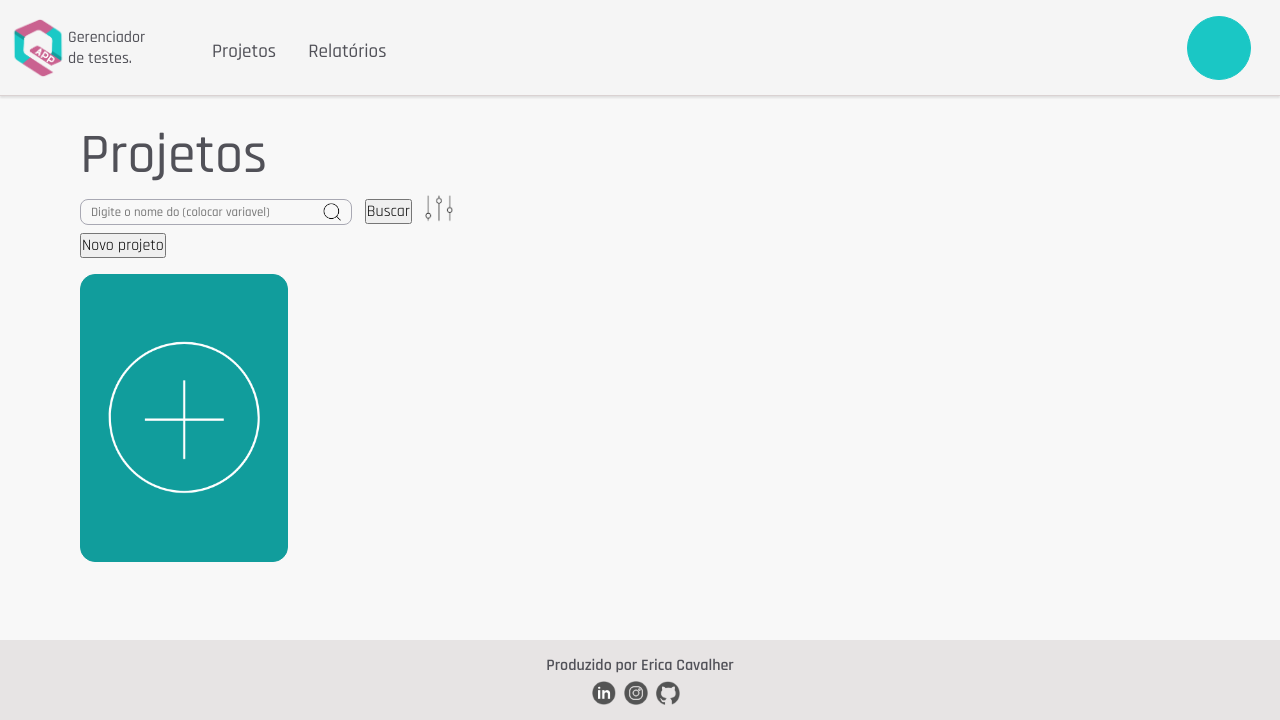
Repository: kika-cavalher/qapp-web
Page: /
The author's editor kept a copy of each file at every save. The page is drawn from the files as they stood at one save, then again after the next save.
The browser window is 1280 px wide. The pictures show the whole page.
The page's requests for data from a server got no answer. The project was rebuilt for these pictures with package versions that can differ from the ones it lists, and the page was loaded fresh each time. No one was signed in, and anything a server would have sent is missing. Also part of the build but not shown: src/styles/components/modals.scss, src/components/modals.tsx, src/hooks/useAuth.ts, src/styles/pages/signIn.scss, src/pages/auth/SignIn.tsx, src/styles/pages/signUp.scss, src/pages/auth/SignUp.tsx.

Above is the page before, as saved 2022-03-24 15:25:58.

### public/index.html
<!DOCTYPE html>
<html lang="pt-br">
  <head>
    <meta charset="utf-8" />
    <meta name="viewport" content="width=device-width, initial-scale=1" />

    <link rel="preconnect" href="https://fonts.googleapis.com">
    <link rel="preconnect" href="https://fonts.gstatic.com" crossorigin>
    <link href="https://fonts.googleapis.com/css2?family=Rajdhani:wght@300;400;500;600;700&display=swap" rel="stylesheet">

    <title>QApp</title>
  </head>
  <body>
    <noscript>You need to enable JavaScript to run this app.</noscript>
    <div id="root"></div>
  </body>
</html>

### src/index.tsx
import React from 'react';
import ReactDOM from 'react-dom';
import App from './App';

import './styles/global/styles.scss';
import './services/firebase'


ReactDOM.render(
  <React.StrictMode>
    <App />
  </React.StrictMode>,
  document.getElementById('root')
);

### src/App.tsx
import { AuthContextProvider } from './contexts/AuthContext'
import { BrowserRouter, Routes, Route } from "react-router-dom";

import { ProjectPage  } from "./pages/Project";
import { LoginPage } from "./pages/auth/SignIn";
import { RegisterPage } from "./pages/auth/SignUp";


function App() {
  return (
    <BrowserRouter>
      <AuthContextProvider>
        <Routes>
          <Route path="/" element={<ProjectPage  />} />
          <Route path="auth/sign-in" element={<LoginPage />} />
          <Route path="auth/sign-up" element={<RegisterPage  />} />
        </Routes>
      </AuthContextProvider>
    </BrowserRouter>
  );
}

export default App;

### src/styles/global/styles.scss
@import 'variables.scss';

* {
    box-sizing: border-box;
    margin: 0;
    padding: 0;
  }

  body {
    background: $white-offwhite;
    color: $dark-grey;
  }

  body, input, button, textarea {
    font: 400 16px 'Rajdhani', sans-serif;
  }

### src/services/firebase.ts
import firebase from 'firebase/compat/app';
import 'firebase/compat/auth';
import { getFirestore } from "firebase/firestore";


const firebaseConfig = {
  apiKey: process.env.REACT_APP_API_KEY,
  authDomain: process.env.REACT_APP_AUTH_DOMAIN,
  databaseURL: process.env.REACT_APP_DATABASE_URL,
  projectId: process.env.REACT_APP_PROJECT_ID,
  storageBucket: process.env.REACT_APP_STORAGE_BUCKET,
  messagingSenderId: process.env.REACT_APP_MESSAGING_SENDER_ID,
  appId: process.env.REACT_APP_APP_ID
};

firebase.initializeApp(firebaseConfig);

const auth = firebase.auth();
const database = getFirestore();

export { firebase, auth, database }

### src/contexts/AuthContext.tsx
import { createContext, ReactNode, useEffect, useState } from "react";
import { createUserWithEmailAndPassword, signInWithEmailAndPassword, getAuth } from "firebase/auth"
import firebase from "firebase/compat";


type User = {
  email: string;
  password: string;
}

type AuthContextProviderProps = {
  children?: ReactNode | undefined;
}

type AuthContextType = {
  user: User | undefined;
  signIn: (props: User) => Promise<void>;
  signUp: (props: User) => Promise<void>;
  // signInWithGoogle: () => Promise<void>;
}


export const AuthContext = createContext({} as AuthContextType);

export const AuthContextProvider = (props: AuthContextProviderProps) => {
  const [user, setUser] = useState<User>();
  const auth = getAuth();


  const signIn = async (props: User) => {
    signInWithEmailAndPassword(auth, props.email, props.password)
    .then((userCredential) => {
      if (!userCredential) {
        throw new Error('Missing information from Google Account.');
      }
      setUser({
        email: props.email,
        password: props.password
      })
    })
    .catch((error) => {
      console.log(error.code & error.message);
    })
  }


  const signUp = async (props: User) => {
    createUserWithEmailAndPassword(auth, props.email, props.password)
    .then((userCredential) => {
      console.log(userCredential.user);
    })
    .catch((error) => {
      console.log(error.code & error.message);
    })
  };

  // async function signInWithGoogle() {
  //   const provider = new firebase.auth.GoogleAuthProvider();
  //   const result = await auth.signInWithPopup(provider);
  //   .then((userCredential) => {
  //     if (!userCredential) {
  //       throw new Error('Missing information from Google Account.');
  //     }
  //     setUser({
  //       email: email,
  //       password: password
  //     })
  //   })
  //   .catch((error) => {
  //     console.log(error.code & error.message);
  //   })
  // }

  useEffect(() => {
    const unsubscribe = auth.onAuthStateChanged(user => {
      if (user) {
        const { email } = user

        if (!email) {
          throw new Error('Missing information from your Account.');
        }
        setUser({
          email: email,
          //erro , onde pega a senha?
          password: user.refreshToken
        })
      }
    })

    return () => {
      unsubscribe();
    }
  }, [])

  //useImperativeHandle?

  return (
    <AuthContext.Provider  value={{user, signIn, signUp}}>
      {props.children}
    </AuthContext.Provider>
  )

}

### src/pages/Project.tsx
import { useCallback, useRef } from "react";

import { TopMenu } from "../components/top-menu";
import { Search } from "../components/Search";
import { Footer } from "../components/Footer";
import Modals, { ModalHandles } from "../components/modals";
import { Button } from "../components/Button";

import iconAdd from '../assets/icon/add.png';
import '../styles/pages/project.scss'

export function ProjectPage () {
    const arrumarVariavel = "Projetos";
    const modalRef = useRef<ModalHandles>(null)

    const handleOpenModal = useCallback(() => {
        modalRef.current?.openModal();
    }, [])


    return (
        <div id="page-project">
            <TopMenu />
                <div className='page-project--main__container'>
                    <div className='page-project--container__title'>
                        <h1>{arrumarVariavel}</h1>
                    </div>
                <Search />
                <button onClick={handleOpenModal} className="btn-open-modal">
                    Novo projeto
                </button>
                <Modals ref={modalRef}/>
                    <div className='page-project--cards'>
                        <div className='page-project--cards__new'>
                            <div className='page-project--cards__new--icon'>
                                <input className='page-project--cards__new--img' type="image" src={iconAdd} alt="icone de orientação para adicionar novo projeto"/>
                            </div>
                        </div>
                    </div>
                </div>
            <Footer />
        </div>
    )
}

### src/styles/global/variables.scss
//colors
$white: #fff;
$white-offwhite: #f8f8f8;
$dark-offwhite: #f5f5f5;
$transparente: rgba(255, 255, 255, -0.1);

$light-grey: #e7e4e4;
$medium-grey: #c6c6c9;
$grey-with-transparency: rgba(0, 0, 0, 0.041);
$grey_border: #a8a8b3;
$dark-grey: #515158;

$turquoise: #1ac7c5;
$dark-greenish: #119d9c;

$dark-pink: #c86291;
$light-pink: #f8eaea;

$red_google: #ea4335;

// media queries
$monitor-width: 1300px;
@mixin monitor {
    @media (min-width: #{$monitor-width}) {
        @content;
    }
}

$notebook-width: 1300px;
$notebook-height: 700px;
@mixin notebook {
    @media (max-width: #{$notebook-width}) and (min-height: #{$notebook-height}){
        @content;
    }
}

$tablet-width: 850px;
@mixin tablet {
    @media (max-width: #{$tablet-width}){
        @content;
    }
}

$phone-width: 500px;
@mixin phone {
    @media (max-width: #{$phone-width}){
        @content;
    }
}

$screen-slim: 700px;
@mixin slim {
    @media (max-height: #{$screen-slim}) {
        @content;
    }
}

### src/components/top-menu.tsx
import { Link } from 'react-router-dom'

import '../styles/components/top-menu.scss'
import Logo from './Logo';

export function TopMenu () {

/*     const { user } = useAuth()
    const fullName = String(user?.name);
    const initials = fullName.normalize('NFD').replace(/[\u0300-\u036f]/g, "").split(" ");


    for (let i = 0; i < 2; i++) {
        initials[i] = initials[i][0]
    }
 */


    return (
        <div id="component--top-menu">
             <div className='component--top-menu__logo'>
                <Logo />
                <p>Gerenciador de testes.</p>
            </div>
            <div className='component--top-menu__pages'>
                <ul className='top-menu__list'>
                    <li className='top-menu__itens'>
                        <Link to='/' className='top-menu__pages--project'>Projetos
                        </Link>
                    </li>
                </ul>
                <ul className='top-menu__list'>
                    <li className='top-menu__itens'>
                        <Link to='/' className='top-menu__pages--reports'>Relatórios
                        </Link>
                    </li>
                </ul>
            </div>
            <div className='component--top-menu__user'>
                <div className='component--user__round'>
{/*                     <h1>{initials}</h1> */}
                </div>
            </div>
        </div>
    )
}

### src/components/Search.tsx
import { Button } from './Button';

import iconSearch from '../assets/icon/search.png';
import iconFilter from '../assets/icon/filter.png';
import '../styles/components/search.scss'


export function Search () {
    return (
        <div id="component--search">
            <div className='component--search__input'>
                <input type="text" placeholder="Digite o nome do (colocar variavel)"/>
                <div className='search__input--icon'>
                    <img id="icon-search" src={iconSearch} alt="icone de identificação visual do campo de busca" />
                </div>

            </div>
            <div className='btn__search'>
                <button type="submit">Buscar</button>
            </div>
            <div className='component--filters'>
                <img id="icon-filter" src={iconFilter} alt="icone de identificação visual das opções de filtragem" />
            </div>
        </div>
    )
}

### src/components/footer.tsx

import iconLinkedin from '../assets/icon/linkedin.png';
import iconInstagram from '../assets/icon/instagram.png';
import iconGithub from '../assets/icon/github.png';
import '../styles/components/footer.scss'

export function Footer () {
    return (
        <div id="component--footer">
            <p>Produzido por Erica Cavalher</p>
            <div className='footer--list__social-media'>
                <img id="icon-add--linkedin" src={iconLinkedin} alt="icone de orientação para adicionar novo projeto" />
                <img id="icon-add--instagram" src={iconInstagram} alt="icone de orientação para adicionar novo projeto" />
                <img id="icon-add--github" src={iconGithub} alt="icone de orientação para adicionar novo projeto" />
            </div>
        </div>
    )
}

### src/styles/pages/project.scss
@import '../global/variables.scss';

#page-project {
    display: flex;
    flex-direction: column;
    justify-content: space-between;
    height: 100%;
    z-index: 1;
}

.page-project--main__container {
    margin: 1.5rem 5rem;
}

.page-project--container__title {

    h1 {
        color: $dark-grey;
        font-size: 3.5rem;
        font-weight: 500;
    }
}

.page-project--cards {
    /* Colocar grid 3 card maximo por linha.  */

    .page-project--cards__new {
        background-color: $dark-greenish;
        width: 13rem;
        height: 18rem;
        border: 1px solid $dark-greenish;
        border-radius: 15px;
        color: $dark-grey;
        margin: 1rem 0 3rem 0;

        .page-project--cards__new--icon {
            display: flex;
            align-items: center;
            justify-content: center;
            height: 18rem;

            .page-project--cards__new--img{
                height: 10rem;
                width: 10rem;
            }
        }
    }

}

### src/components/Logo.tsx
import { useNavigate } from 'react-router-dom';
import logoQapp from '../assets/images/logoQapp.png';

export default function Logo() {

    const history = useNavigate();
    function navigateToHome(e: { preventDefault: () => void; }) {
        e.preventDefault();
        history('/');
    }


    return (
        <img onClick={navigateToHome} id="img-logo" src={logoQapp} alt="Logo da empresa QApp" />
    );
  }

### src/styles/components/top-menu.scss
@import '../global/variables.scss';

#component--top-menu {
    background: $dark-offwhite;
    border-bottom: 0.5px solid #DAD2D2;
    box-shadow: 0px 2px 2px rgba(0, 0, 0, 0.10);
    display: flex;
    flex-direction: row;
    height: 6rem;
    justify-content: space-between;
}

.component--top-menu__logo {
    align-items: center;
    display: flex;
    flex-direction: row;
    margin-left: 0.5rem;

    #img-logo {
        cursor: pointer;
        height: 60px;
        width: 60px;

        @include phone {
            width: 50px;
        }
    }

    p {
        font-size: 1rem;
        font-weight: 500;
        margin-right: 2rem;
        width: 5rem;
    }
}

.component--top-menu__pages {
    align-items: flex-end;
    display: flex;
    font-size: 1.2rem;
    width: 100%;
    height: 4rem;

    .top-menu__itens {
        list-style: none;
        margin-left: 2rem;

        a {
            color: $dark-grey;
            cursor: pointer;
            font-weight: 500;
            text-decoration: none;
        }

        &:hover {
            margin-bottom: 2px;
            border-bottom: 2px solid $turquoise
        }
    }
}

.component--top-menu__user {
    align-items: center;
    display: flex;
    justify-content: center;
    width: 10rem;

    .component--user__round {
        align-items: center;
        background: $turquoise;
		border: 1px solid $turquoise;
        border-radius: 50%;
        display: flex;
		height: 4rem;
        justify-content: center;
        text-transform: uppercase;
        width: 4rem;

        h1 {
            color: $white
        }
    }
}

### src/styles/components/search.scss
@import '../global/variables.scss';

#component--search {
    display: flex;
    align-items: center;
}

.component--search__input {
    display: flex;
    align-items: center;
    margin-right: 0.8rem;

    input {
        background: $transparente;
        border: 1px solid $grey_border;
        border-radius: 8px;
        color: $dark-grey;
        font-size: 0.8rem;
        font-weight: 500;
        height: 1.6rem;
        margin: 0.5rem 0;
        outline: none;
        padding: 0 10px;
        width: 17rem;
        z-index:2;
    }

    .search__input--icon {
        align-items: flex-end;
        display: flex;
        flex-direction: column;
        position: absolute;
        width: 16.3rem;
        z-index:1;

        img {
            height: 1.1rem;
            width: 1.1rem;
        }
    }
}

.component--filters {
    margin-left: 0.8rem;

    img {
        height: 1.8rem;
        width: 1.8rem;
    }
}

### src/styles/components/footer.scss
@import '../global/variables.scss';

#component--footer {
    align-items: center;
    background-color: $light-grey;
    bottom: 0;
    display: flex;
    flex-direction: column;
    height: 5rem;
    justify-content: center;
    position: fixed;
    text-align: center;
    width: 100vw;

    p{
        font-size: 1rem;
        font-weight: 600;
    }

    img {
        margin: 0.3rem 0.5rem 0 0;
        height: 1.5rem;
        width: 1.5rem;
    }

}

.footer--list__social-media {
    display: flex;
    flex-direction: row;
}

### src/components/Button.tsx
import {ButtonHTMLAttributes} from 'react'
import '../styles/components/button.scss'



type Button  = {
    type?: "button" | "submit" | "reset" | undefined,
    className?: string
    onClick?: () => void
}

export function Button (props:Button) {
    const { className, type, onClick } = props
    return (
        <button
        onClick={onClick}
        className={`${className}`}
        type={type}
        />
    )
}

### src/styles/components/button.scss
@import '../global/variables.scss';

.btn__send {
    display: flex;
    flex-direction: column;
    align-items: center;

    button {
        align-items: center;
        background: $turquoise;
        border: 0;
        border-radius: 8px;
        color: $white;
        cursor: pointer;
        display: flex;
        flex-direction: row;
        font-weight: 600;
        height: 35px;
        justify-content: center;
        margin: 1rem 0;
        width: 10rem;

        @include monitor {
            font-size: 1.2rem;
        }

        @include notebook {
            font-size: 1.2rem;
        }

        @include tablet {
            font-size: 2rem;
            height: 45px;
            width: 15rem;
        }

        @include phone {
            font-size: 1.5rem;
            width: 10rem;
        }

        @include slim {
            font-size: 1.1rem;
            margin: 0.5rem 0;
            width: 8rem;
        }
    }
}

.btn__google {
    align-items: center;
    background: $red_google;
    border: 0;
    border-radius: 8px;
    color: $white-offwhite;
    cursor: pointer;
    display: flex;
    flex-direction: row;
    transition: filter 0.2s;
    width: 100%;

    @include monitor {
        font-size: 1rem;
        height: 35px;
    }

    @include notebook {
        font-size: 0.9rem;
        height: 35px;
    }

    @include tablet {
        font-size: 1.2rem;
        height: 45px;
    }

    @include phone {
        font-size: 1rem;
        height: 45px;
    }

    @include slim {
        font-size: 0.8rem;
        height: 35px;
    }

    #img-icon__google {
        margin: 0 5%;
        width: 20px;

        @include phone {
            margin: 0 3%;
            width: 15px;
        }

        @include slim {
            width: 15px;
        }
    }
}

.btn__search {
    display: flex;
    flex-direction: column;
    align-items: center;

    button {
        align-items: center;
        background: $turquoise;
        border: 0;
        border-radius: 8px;
        color: $white;
        cursor: pointer;
        display: flex;
        flex-direction: row;
        font-weight: 600;
        height: 1.6rem;
        justify-content: center;
        margin: 1rem 0;
        width: 7rem;

        @include monitor {
            font-size: 1.2rem;
        }

        @include notebook {
            font-size: 1.2rem;
        }

        @include tablet {
            font-size: 2rem;
            height: 45px;
            width: 10rem;
        }

        @include phone {
            font-size: 1.5rem;
            width: 7rem;
        }

        @include slim {
            font-size: 1.1rem;
            margin: 0.5rem 0;
            width: 5rem;
        }
    }
}

.btn-open-modal {
    display: flex;
    flex-direction: column;
    align-items: center;

    button {
        align-items: center;
        background: $turquoise;
        border: 0;
        border-radius: 8px;
        color: $white;
        cursor: pointer;
        display: flex;
        flex-direction: row;
        font-weight: 600;
        height: 35px;
        justify-content: center;
        margin: 1rem 0;
        width: 10rem;

        @include monitor {
            font-size: 1.2rem;
        }

        @include notebook {
            font-size: 1.2rem;
        }

        @include tablet {
            font-size: 2rem;
            height: 45px;
            width: 15rem;
        }

        @include phone {
            font-size: 1.5rem;
            width: 10rem;
        }

        @include slim {
            font-size: 1.1rem;
            margin: 0.5rem 0;
            width: 8rem;
        }
    }
}

After the next save:
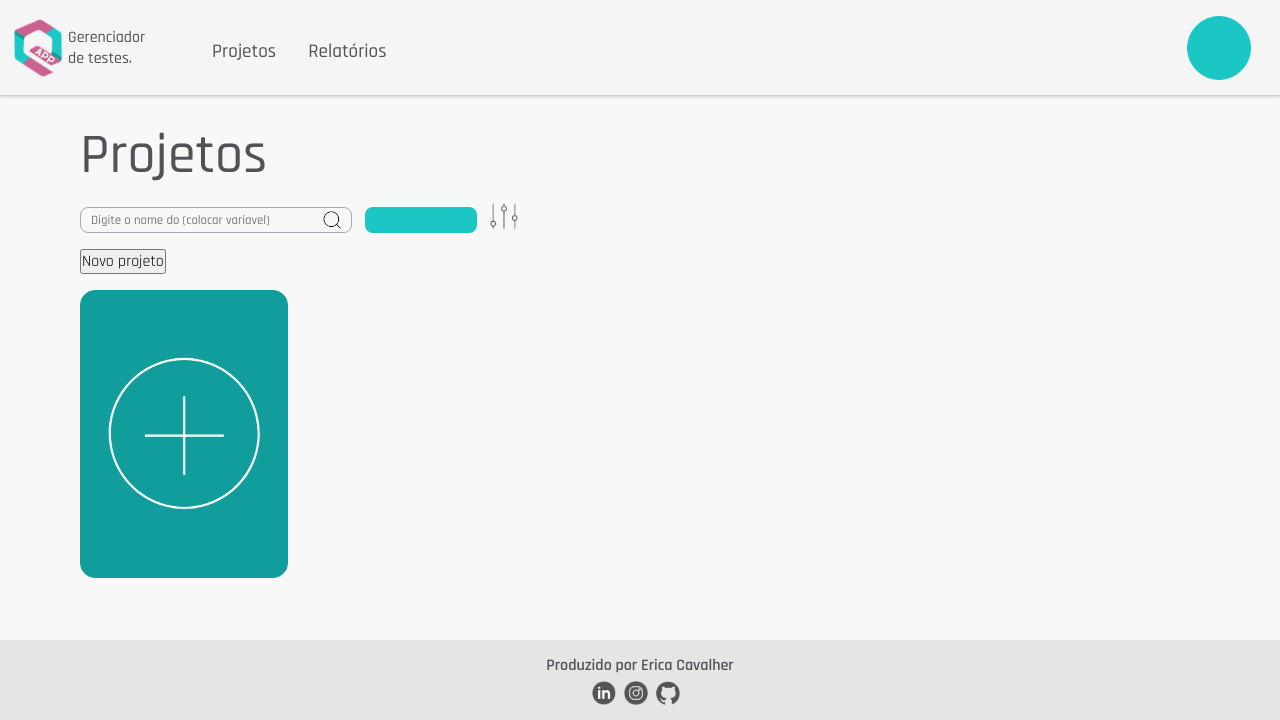
Saved 13 min 53 s later.
--- a/src/components/Search.tsx
+++ b/src/components/Search.tsx
@@ -16,7 +16,7 @@ export function Search () {
 
             </div>
             <div className='btn__search'>
-                <button type="submit">Buscar</button>
+                <Button type="submit">Buscar</Button>
             </div>
             <div className='component--filters'>
                 <img id="icon-filter" src={iconFilter} alt="icone de identificação visual das opções de filtragem" />
